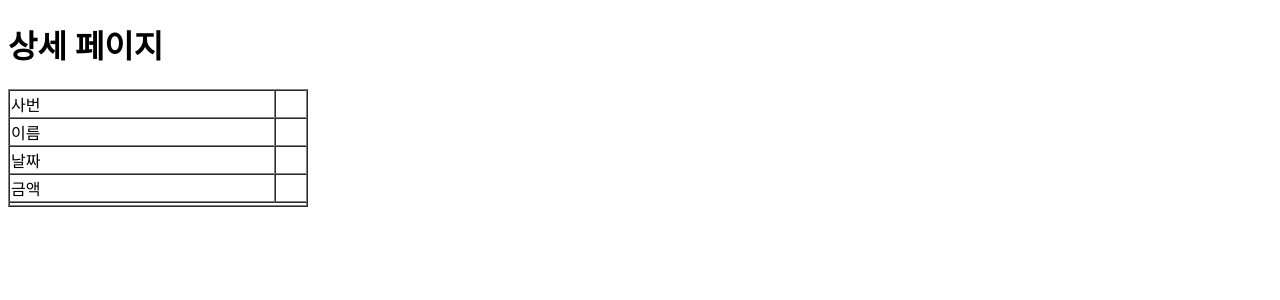
Repository: Lee-seongBeom/bitclass
Page: http://localhost/web09/emp/detail.jsp
These files come from the project's save history. The page is drawn as it stood at one moment and after the next save; the edit follows.
The browser window is 1280 px wide. The pictures show the whole page.
The page is served by Tomcat 9. Queries for data that is not in the repository find no rows.

Above is the page before, as saved 2020-07-08 02:55:30.

After the next save:
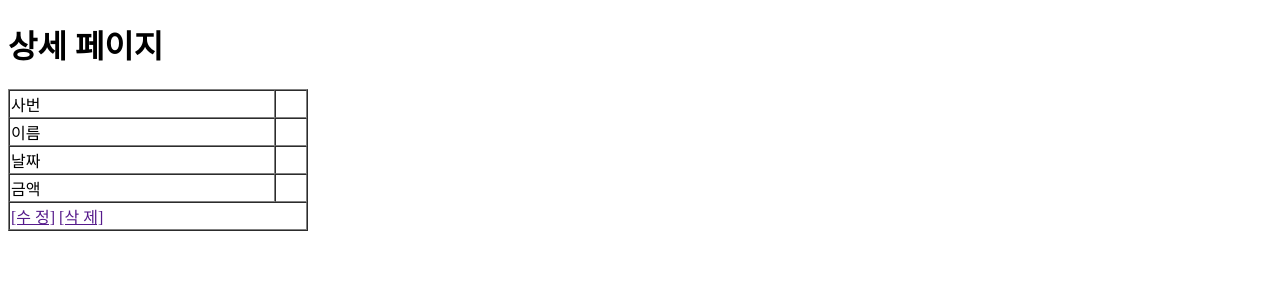
Saved 30 s later.
--- a/web/web09/WebContent/emp/detail.jsp
+++ b/web/web09/WebContent/emp/detail.jsp
@@ -58,7 +58,10 @@
 			</td>
 		</tr>
 		<tr>
-			<td colspan="2"></td>
+			<td colspan="2">
+				<a href="">[수 정]</a>
+				<a href="">[삭 제]</a>
+			</td>
 		</tr>
 	</table>
 </body>
